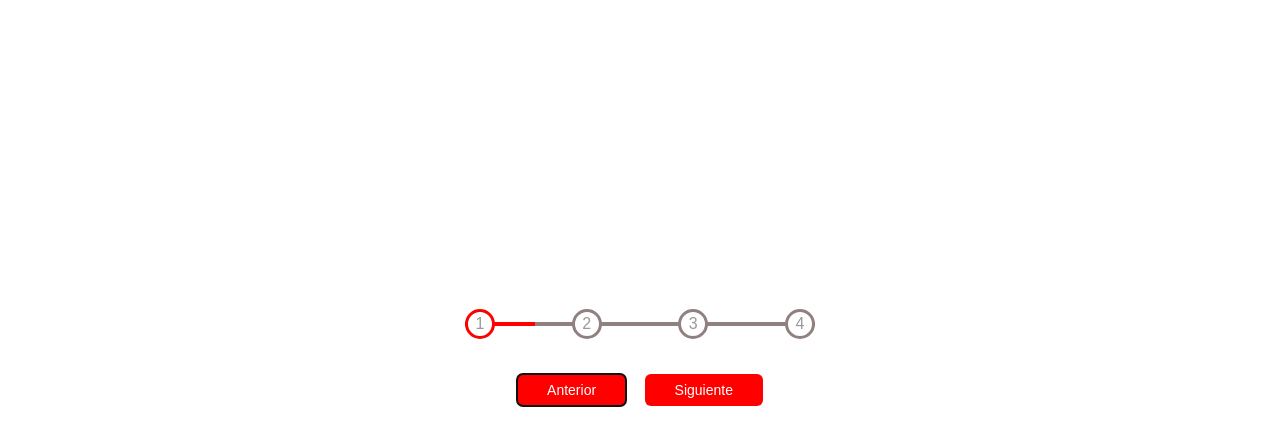
Repository: ElideZavala/Linea-de-tiempo
Page: index.html
The author's editor kept a copy of each file at every save. The page is drawn from the files as they stood at one save, then again after the next save.
The browser window is 1280 px wide. The pictures show the whole page.
The first visible `.btn` has the focus.
Some web fonts or font styles are not loaded; a fallback is used.

Above is the page before, as saved 2021-05-28 07:42:49.

After the next save:
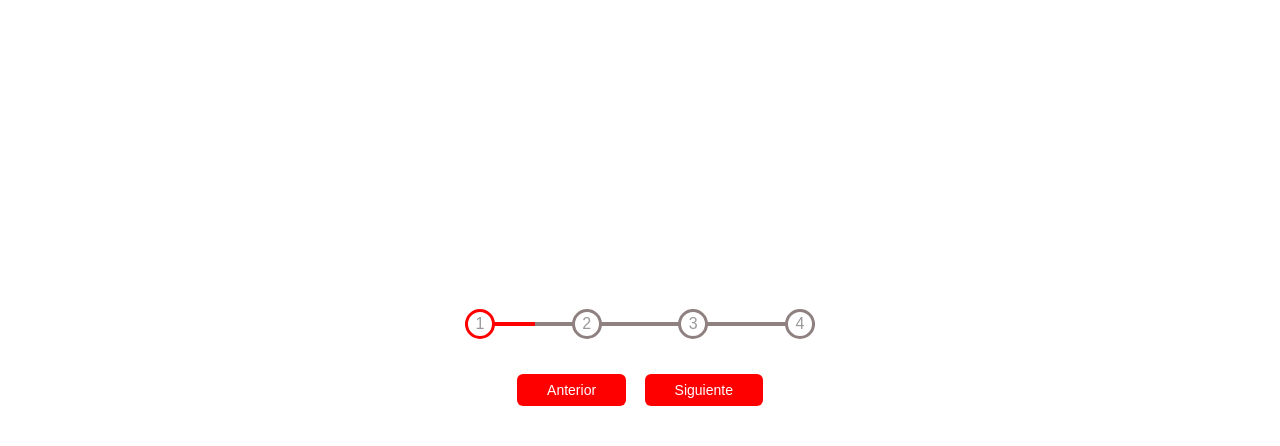
Saved 5 min 0 s later.
--- a/style.css
+++ b/style.css
@@ -92,3 +92,7 @@ body {
 .btn:active {
 	transform: scale(0.98);
 }
+
+.btn:focus {
+	outline: 0;
+}
